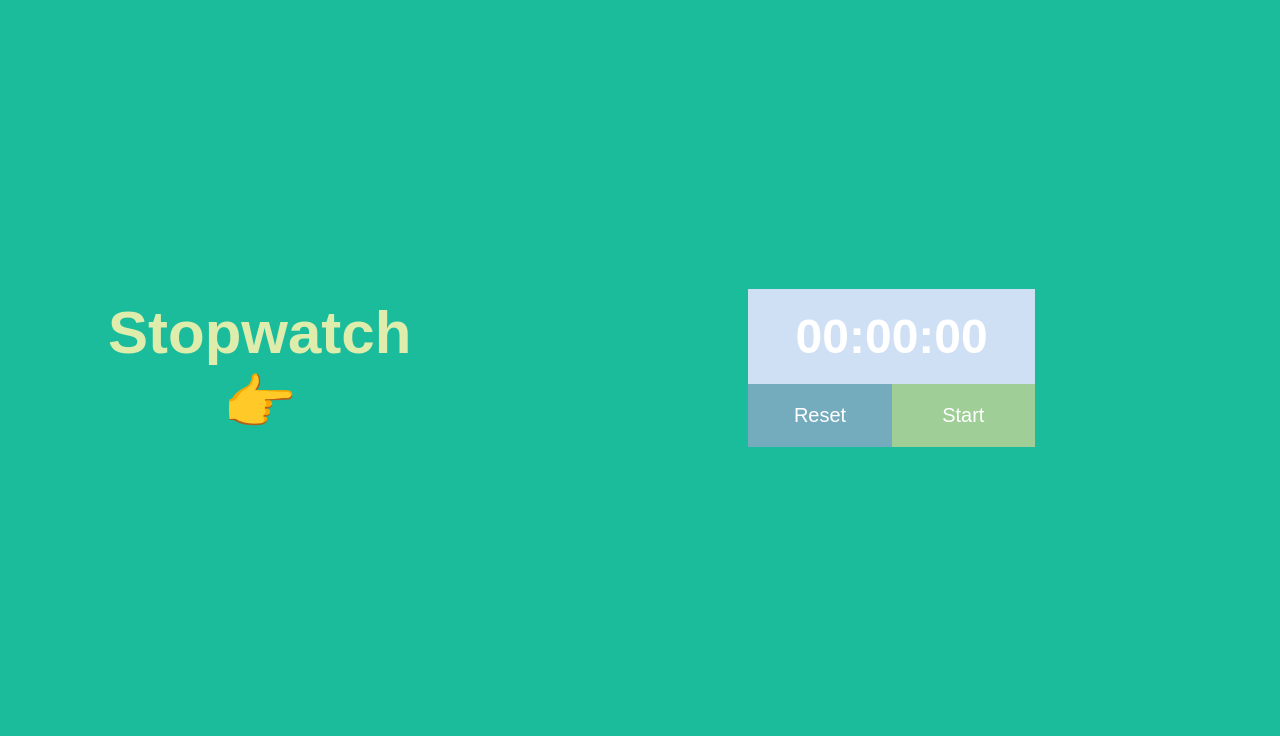
Repository: pilar122/stopwatch
Page: index.html
An editor plug-in stored every save of this project. The page is shown before and after the next save, followed by the edit.
The browser window is 1280 px wide. The pictures show the whole page.

Above is the page before, as saved 2022-06-19 13:02:36.

### index.html
<!DOCTYPE html>
<html>
    <head>
        <title>
            Stopwatch
        </title>
        <link href="stopwatch.css" rel="stylesheet">
        <script src="stopwatch.js"></script>
    </head>

    <div class="header">
        <h1>Stopwatch <br>👉</h1>
    </div>

    <body>

        <div id="stopwatch">
            <!--CURRENT TIME-->
            <div id="sw-time">00:00:00</div> <!-- sw is the time display-->

            <!--CONTROLS-->
            <input type="button" value="Reset" id="sw-rst" disabled/> <!--sw-rst is the reset button * and the disabled means that the buttons are at the moment-->
            <input type="button" value="Start" id="sw-go" disabled/> <!--sw-go is the start & stop button-->
        </div>
    </body>
</html>

### stopwatch.css
/* (A) CONTAINER */
#stopwatch {
    display: flex;
    flex-wrap: wrap;
    max-width: 400px;
    margin: 0 auto;
  }

  /* (B) TIME */
  #sw-time {
    width: 100%;
    padding: 20px 0;
    font-size: 48px;
    font-weight: bold;
    text-align: center;
    background: rgb(207, 224, 245);
    color: #fff;
  }

  /* (C) BUTTONS */
  #sw-rst, #sw-go {
    box-sizing: border-box;
    width: 50%;
    cursor: pointer;
    padding: 20px 0;
    border: 0;
    color: #fff;
    font-size: 20px;
  }
  #sw-rst { background-color: #75acbd; }
  #sw-go { background-color: #9fce97; }

  /* (X) DOES NOT MATTER */
  /* PAGE & BODY */
  body {
    display: flex;
    align-items: center; justify-content: center;
    min-height: 100vh;
    background: #1abc9c;
    background-repeat: no-repeat;
    background-position: center;
    background-size: cover;
  }
  * { font-family: arial, sans-serif; }

  /* WIDGET */
  .widget-wrap {
    min-width: 450px;
    padding: 30px;
    border-radius: 20px;
    background: rgba(255, 255, 255, 0.4);
  }

  .header {
    padding: 100px;
    text-align: center;
    color: #deecac;
    font-size: 30px;
  }

  /* HEADER */
  h1 { text-align: center; }
  #code-boxx {
    width: 100%;
    margin-top: 30px;
    text-align: center;
  }

  /* FOOTER */
  #code-boxx {
    font-weight: 600;
    margin-top: 30px;
  }
  #code-boxx a {
    display: inline-block;
    padding: 5px;
    text-decoration: none;
    background: #d3adad;
    color: #fff;
  }

### stopwatch.js
var sw = {
    // (A) PROPERTIES
    etime : null, // html time display
    erst : null, // html reset button
    ego : null, // html start/stop button
    timer : null, // timer object
    now : 0, // current elapsed time

    // (B) INITIALIZE
    init : () => {
      // (B1) GET HTML ELEMENTS
      sw.etime = document.getElementById("sw-time");
      sw.erst = document.getElementById("sw-rst");
      sw.ego = document.getElementById("sw-go");

      // (B2) ENABLE BUTTON CONTROLS
      sw.erst.onclick = sw.reset;
      sw.ego.onclick = sw.start;
      sw.erst.disabled = false;
      sw.ego.disabled = false;
    },

    // (C) START!
    start : () => {
      sw.timer = setInterval(sw.tick, 1000);
      sw.ego.value = "Stop";
      sw.ego.onclick = sw.stop;
    },

    // (D) STOP
    stop : () => {
      clearInterval(sw.timer);
      sw.timer = null;
      sw.ego.value = "Start";
      sw.ego.onclick = sw.start;
    },

    // (E) TIMER ACTION
    tick : () => {
      // (E1) CALCULATE HOURS, MINS, SECONDS
      sw.now++;
      let hours = 0, mins = 0, secs = 0,
      remain = sw.now;
      hours = Math.floor(remain / 3600);
      remain -= hours * 3600;
      mins = Math.floor(remain / 60);
      remain -= mins * 60;
      secs = remain;

      // (E2) UPDATE THE DISPLAY TIMER
      if (hours<10) { hours = "0" + hours; }
      if (mins<10) { mins = "0" + mins; }
      if (secs<10) { secs = "0" + secs; }
      sw.etime.innerHTML = hours + ":" + mins + ":" + secs;
    },

    // (F) RESET
    reset : () => {
      if (sw.timer != null) { sw.stop(); }
      sw.now = -1;
      sw.tick();
    }
  };
  window.addEventListener("load", sw.init);

After the next save:
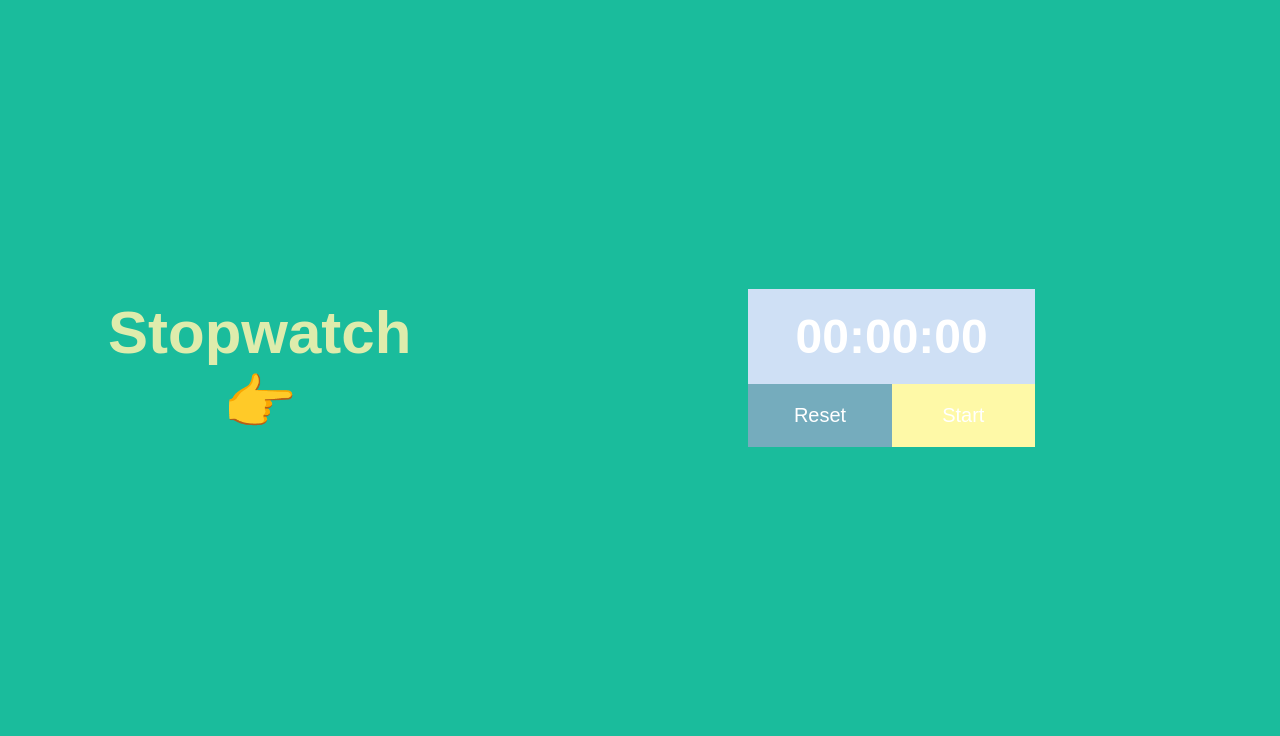
Saved 48 s later.
--- a/stopwatch.css
+++ b/stopwatch.css
@@ -28,7 +28,7 @@
     font-size: 20px;
   }
   #sw-rst { background-color: #75acbd; }
-  #sw-go { background-color: #9fce97; }
+  #sw-go { background-color: #FEF9A7; }
 
   /* (X) DOES NOT MATTER */
   /* PAGE & BODY */

After the save that followed:
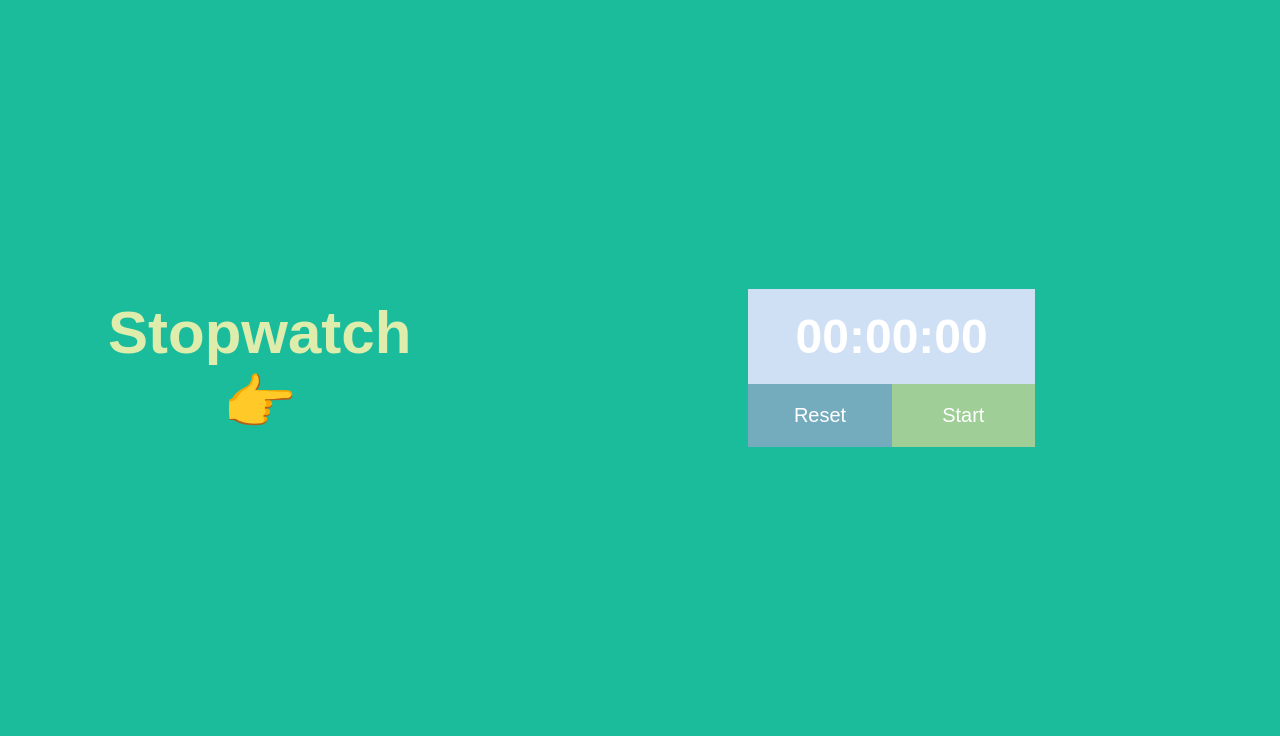
Saved 12 s later.
--- a/stopwatch.css
+++ b/stopwatch.css
@@ -28,7 +28,7 @@
     font-size: 20px;
   }
   #sw-rst { background-color: #75acbd; }
-  #sw-go { background-color: #FEF9A7; }
+  #sw-go { background-color: #9fce97; }
 
   /* (X) DOES NOT MATTER */
   /* PAGE & BODY */
